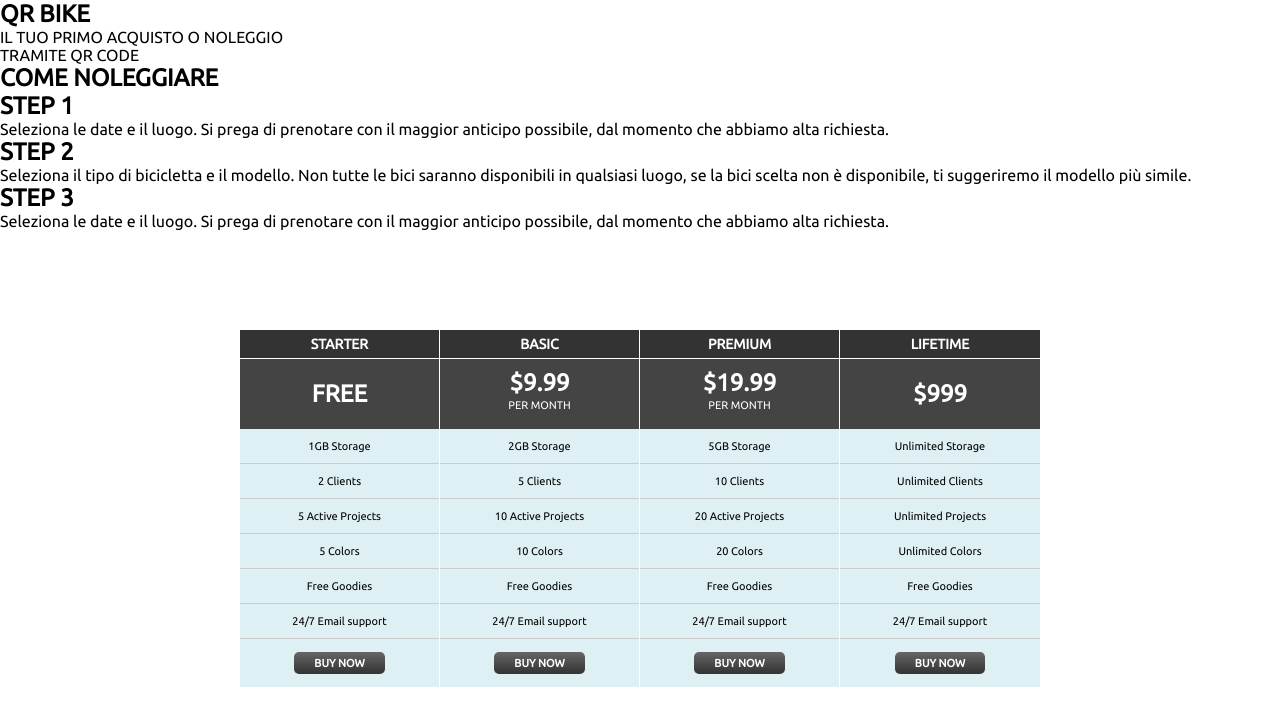
Repository: andrealepori/qrbike
Page: noleggio.html
An editor plug-in stored every save of this project. The page is shown before and after the next save, followed by the edit.
The browser window is 1280 px wide. The pictures show the whole page.

Above is the page before, as saved 2020-09-18 09:12:19.

After the next save:
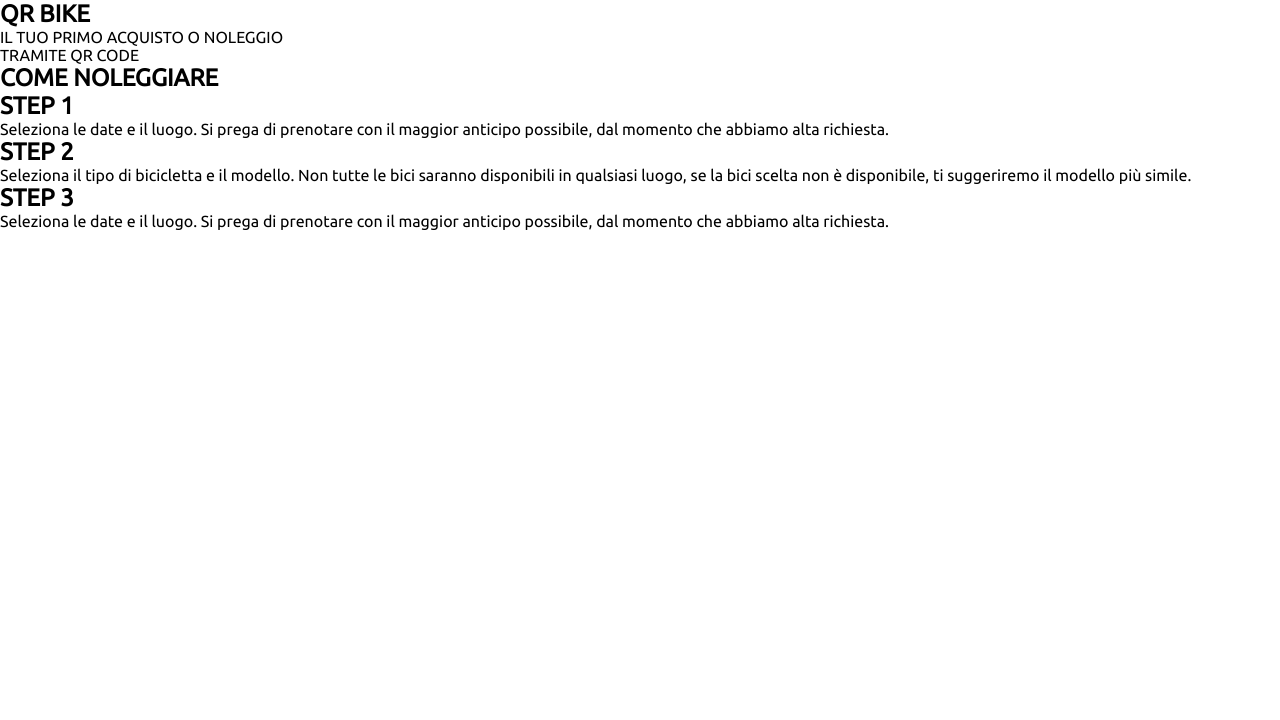
Saved 16 s later.
--- a/noleggio.html
+++ b/noleggio.html
@@ -82,88 +82,9 @@
         </p>
 
 
-    </div></section>
+    </div>
 
-    <ul class="pricing_table">
-      <li class="price_block">
-        <h3>Starter</h3>
-        <div class="price">
-          <div class="price_figure">
-            <span class="price_number">FREE</span>
-          </div>
-        </div>
-        <ul class="features">
-          <li>1GB Storage</li>
-          <li>2 Clients</li>
-          <li>5 Active Projects</li>
-          <li>5 Colors</li>
-          <li>Free Goodies</li>
-          <li>24/7 Email support</li>
-        </ul>
-        <div class="footer">
-          <a href="#" class="action_button">Buy Now</a>
-        </div>
-      </li>
-      <li class="price_block">
-        <h3>Basic</h3>
-        <div class="price">
-          <div class="price_figure">
-            <span class="price_number">$9.99</span>
-            <span class="price_tenure">per month</span>
-          </div>
-        </div>
-        <ul class="features">
-          <li>2GB Storage</li>
-          <li>5 Clients</li>
-          <li>10 Active Projects</li>
-          <li>10 Colors</li>
-          <li>Free Goodies</li>
-          <li>24/7 Email support</li>
-        </ul>
-        <div class="footer">
-          <a href="#" class="action_button">Buy Now</a>
-        </div>
-      </li>
-      <li class="price_block">
-        <h3>Premium</h3>
-        <div class="price">
-          <div class="price_figure">
-            <span class="price_number">$19.99</span>
-            <span class="price_tenure">per month</span>
-          </div>
-        </div>
-        <ul class="features">
-          <li>5GB Storage</li>
-          <li>10 Clients</li>
-          <li>20 Active Projects</li>
-          <li>20 Colors</li>
-          <li>Free Goodies</li>
-          <li>24/7 Email support</li>
-        </ul>
-        <div class="footer">
-          <a href="#" class="action_button">Buy Now</a>
-        </div>
-      </li>
-      <li class="price_block">
-        <h3>Lifetime</h3>
-        <div class="price">
-          <div class="price_figure">
-            <span class="price_number">$999</span>
-          </div>
-        </div>
-        <ul class="features">
-          <li>Unlimited Storage</li>
-          <li>Unlimited Clients</li>
-          <li>Unlimited Projects</li>
-          <li>Unlimited Colors</li>
-          <li>Free Goodies</li>
-          <li>24/7 Email support</li>
-        </ul>
-        <div class="footer">
-          <a href="#" class="action_button">Buy Now</a>
-        </div>
-      </li>
-    </ul>
+
 
 
 
